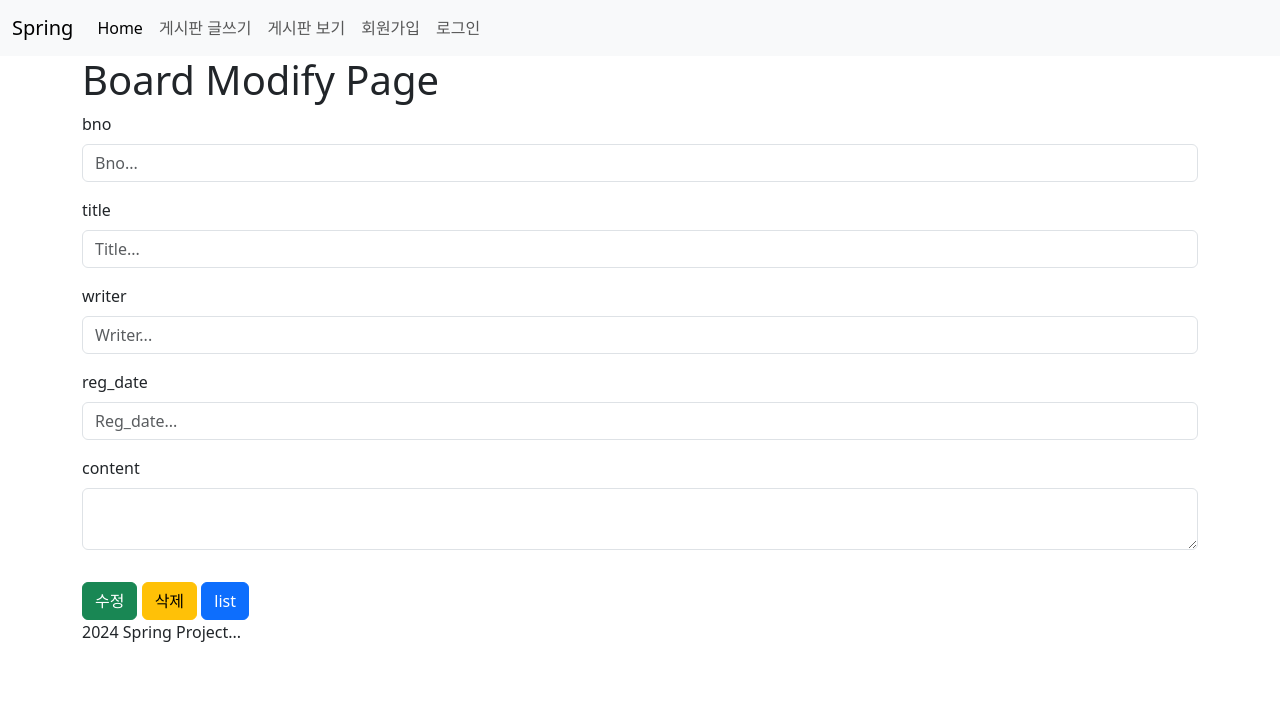
Repository: wanted2001/jsp_project
Page: http://localhost/spring_study/WEB-INF/views/board/modify.jsp
The author's editor kept a copy of each file at every save. The page is drawn from the files as they stood at one save, then again after the next save.
The browser window is 1280 px wide. The pictures show the whole page.
The page is served by Tomcat 9. Nobody is signed in. The template is opened directly, without the code that normally fills it, so the values that code supplies are empty.

Above is the page before, as saved 2024-04-30 01:14:14.

### spring_study/src/main/webapp/WEB-INF/views/board/modify.jsp
<%@ page language="java" contentType="text/html; charset=UTF-8"
	pageEncoding="UTF-8"%>
<%@ taglib uri="http://java.sun.com/jsp/jstl/core" prefix="c"%>
<jsp:include page="../layout/header.jsp" />
<div class="container-md">
	<h1>Board Modify Page</h1>
	<c:set value="${bto.bvo }" var="bvo"></c:set>
	<form action="/board/modify" method="post">
		<div class="mb-3">
			<label for="n" class="form-label">bno</label> <input type="text"
				class="form-control" name="bno" id="n" value="${bvo.bno }"
				placeholder="Bno..." readonly="readonly">
		</div>
		<div class="mb-3">
			<label for="t" class="form-label">title</label> <input type="text"
				class="form-control" name="title" id="t" value="${bvo.title }"
				placeholder="Title...">
		</div>
		<div class="mb-3">
			<label for="w" class="form-label">writer</label> <input type="text"
				class="form-control" name="writer" id="w" value="${bvo.writer }"
				placeholder="Writer..." readonly="readonly">
		</div>
		<div class="mb-3">
			<label for="r" class="form-label">reg_date</label> <input type="text"
				class="form-control" name="writer" id="r" value="${bvo.reg_date }"
				placeholder="Reg_date..." readonly="readonly">
		</div>
		<div class="mb-3">
			<label for="c" class="form-label">content</label>
			<textarea class="form-control" id="c" name="content"
				aria-label="With textarea">${bvo.content }</textarea>
		</div>
		<c:set value="${bto.flist }" var="flist" />
		<div class="mb-3">
			<ul class="list-group list-group-flush">
				<!-- 파일 개수 만큼 li를 반복하여 파일 표시 타입이 1인경우만 표시 -->
				<!-- li > div > img > div > 파일이름 , 작성일 span size -->
				<c:forEach items="${flist }" var="fvo">
					<li class="list-group-item"><c:choose>
							<c:when test="${fvo.file_type > 0 }">
								<div>
									<img alt="그림 없음"
										src="/upload/${fvo.save_dir }/${fvo.uuid}_${fvo.file_name}">
								</div>
							</c:when>
							<c:otherwise>
								<div>
									<!--그외 타입을 정함 파일 타입이 0인 경우 아이콘 모양 하나 가져와서 넣기 -->
								</div>
							</c:otherwise>
						</c:choose>
						<div>
							<!-- 파일이름 작성일 사이즈 -->
							<div>${fvo.file_name }</div>
							${fvo.reg_date } <span class="badge text-bg-warning">${fvo.file_size }Byte</span>
							<button type="button" data-uuid="${fvo.uuid }" class="btn btn-outline-danger file-x">x</button>
						</div></li>
				</c:forEach>
			</ul>
		</div>
		<a href="/board/modify?${detail.bno}"><button type="submit" class="btn btn-success">수정</button></a>
		<a href="/board/remove?${detail.bno}"><button type="button" class="btn btn-warning">삭제</button></a>
		<a href="/board/list"><button type="button" class="btn btn-primary">list</button></a>
	</form>

</div>
<script type="text/javascript">
	const uuid = `<c:out value="${fvo.uuid}"/>`;
</script>
<script type="text/javascript" src="/resources/js/boardModify.js"></script>
<jsp:include page="../layout/footer.jsp" />

### spring_study/src/main/webapp/WEB-INF/views/layout/header.jsp
<%@ page language="java" contentType="text/html; charset=UTF-8"
	pageEncoding="UTF-8"%>
<%@taglib uri="http://java.sun.com/jsp/jstl/core" prefix="c"%>

<!DOCTYPE html>
<html>
<head>
<meta charset="UTF-8">
<title>header.jsp</title>
<link
	href="https://cdn.jsdelivr.net/npm/bootstrap@5.3.3/dist/css/bootstrap.min.css"
	rel="stylesheet"
	integrity="sha384-QWTKZyjpPEjISv5WaRU9OFeRpok6YctnYmDr5pNlyT2bRjXh0JMhjY6hW+ALEwIH"
	crossorigin="anonymous">
<script
	src="https://cdn.jsdelivr.net/npm/bootstrap@5.3.3/dist/js/bootstrap.bundle.min.js"
	integrity="sha384-YvpcrYf0tY3lHB60NNkmXc5s9fDVZLESaAA55NDzOxhy9GkcIdslK1eN7N6jIeHz"
	crossorigin="anonymous"></script>
</head>
<body>
	<nav class="navbar navbar-expand-lg bg-body-tertiary">
		<div class="container-fluid">
			<a class="navbar-brand" href="#">Spring</a>
			<button class="navbar-toggler" type="button"
				data-bs-toggle="collapse" data-bs-target="#navbarSupportedContent"
				aria-controls="navbarSupportedContent" aria-expanded="false"
				aria-label="Toggle navigation">
				<span class="navbar-toggler-icon"></span>
			</button>
			<div class="collapse navbar-collapse" id="navbarSupportedContent">
				<ul class="navbar-nav me-auto mb-2 mb-lg-0">
					<li class="nav-item"><a class="nav-link active"
						aria-current="page" href="/">Home</a></li>
					<li class="nav-item"><a class="nav-link"
						href="/board/register">게시판 글쓰기</a></li>
					<li class="nav-item"><a class="nav-link" href="/board/list">게시판
							보기</a></li>
					<c:if test="${ses.id eq null}">
						<!-- 조건문이 조건이 맞으면 실행이니까 맞지 않으니 실행 안함. -->
						<li class="nav-item"><a class="nav-link"
							href="/member/register">회원가입</a></li>
						<li class="nav-item"><a class="nav-link" href="/member/login">로그인</a>
						</li>
					</c:if>
					<c:if test="${ses.id ne null }">
						<li class="nav-item"><a class="nav-link"
							href="/member/logout">로그아웃</a></li>
						<li class="nav-item"><a class="nav-link"
							href="/member/modify">${ses.id }(${ses.email }) welcome!!</a></li>
					</c:if>
				</ul>
			</div>
		</div>
	</nav>

### spring_study/src/main/webapp/WEB-INF/views/layout/footer.jsp
<%@ page language="java" contentType="text/html; charset=UTF-8"
    pageEncoding="UTF-8"%>
<div class="container-md">
	2024 Spring Project...
</div>

</body>
</html>

### spring_study/src/main/webapp/resources/js/boardModify.js
/**
 *
 */
console.log("board modify in");

document.addEventListener('click',(e)=>{
    if(e.target.classList.contains('file-x')){
        let uuid = e.target.dataset.uuid;
        console.log(uuid);
        removeFileTOServer(uuid).then(result =>{
            if(result == 1){
                alert("파일 삭제");
                e.target.closest('li').remove();
            }
        })

    }
});

async function removeFileTOServer(uuid){
    try {
        const url = "/board/"+uuid;
        const config={
            method :"delete"
        };
        const resp = await fetch(url,config);
        const result = resp.text();
        return result;
    } catch (error) {
        console.log(error)
    }
}

After the next save:
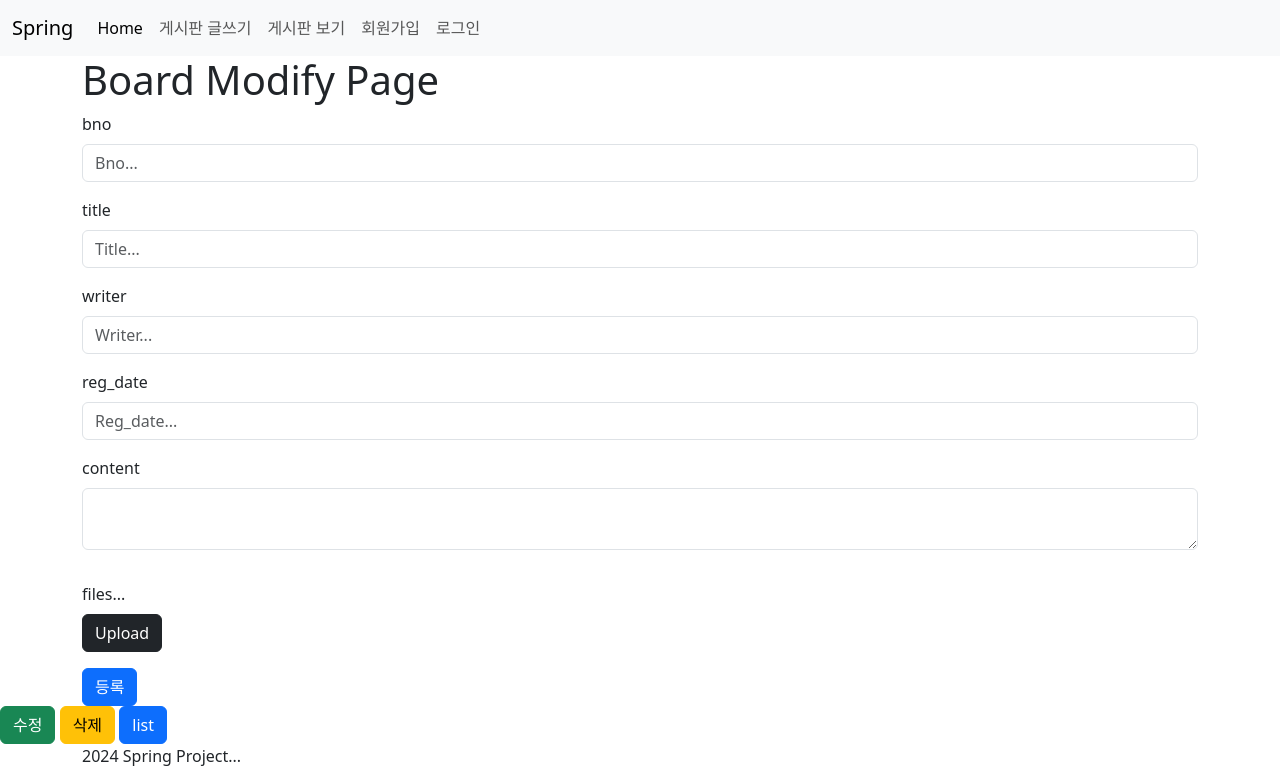
Saved 21 min 2 s later.
--- a/spring_study/src/main/webapp/WEB-INF/views/board/modify.jsp
+++ b/spring_study/src/main/webapp/WEB-INF/views/board/modify.jsp
@@ -31,6 +31,8 @@
 			<textarea class="form-control" id="c" name="content"
 				aria-label="With textarea">${bvo.content }</textarea>
 		</div>
+
+
 		<c:set value="${bto.flist }" var="flist" />
 		<div class="mb-3">
 			<ul class="list-group list-group-flush">
@@ -59,6 +61,22 @@
 				</c:forEach>
 			</ul>
 		</div>
+
+		<!-- 파일 추가 -->
+		<div class="mb-3">
+	  		<label for="file" class="form-label">files...</label>
+	  		<!-- multiple : 여러개의 파일을 배열처럼 들어감. -->
+	  		<input type="file" class="form-control" name="files" id="file" multiple="multiple" style="display:none"><br>
+	  		<button type="button" class="btn btn-dark" id="trigger">Upload</button>
+		</div>
+
+		<!-- 파일 목록 표시라인  -->
+		<div class="mb-3" id="fileZone"></div>
+		<button type="submit" class="btn btn-primary" id="regBtn">등록</button>
+	</form>
+</div>
+
+
 		<a href="/board/modify?${detail.bno}"><button type="submit" class="btn btn-success">수정</button></a>
 		<a href="/board/remove?${detail.bno}"><button type="button" class="btn btn-warning">삭제</button></a>
 		<a href="/board/list"><button type="button" class="btn btn-primary">list</button></a>
